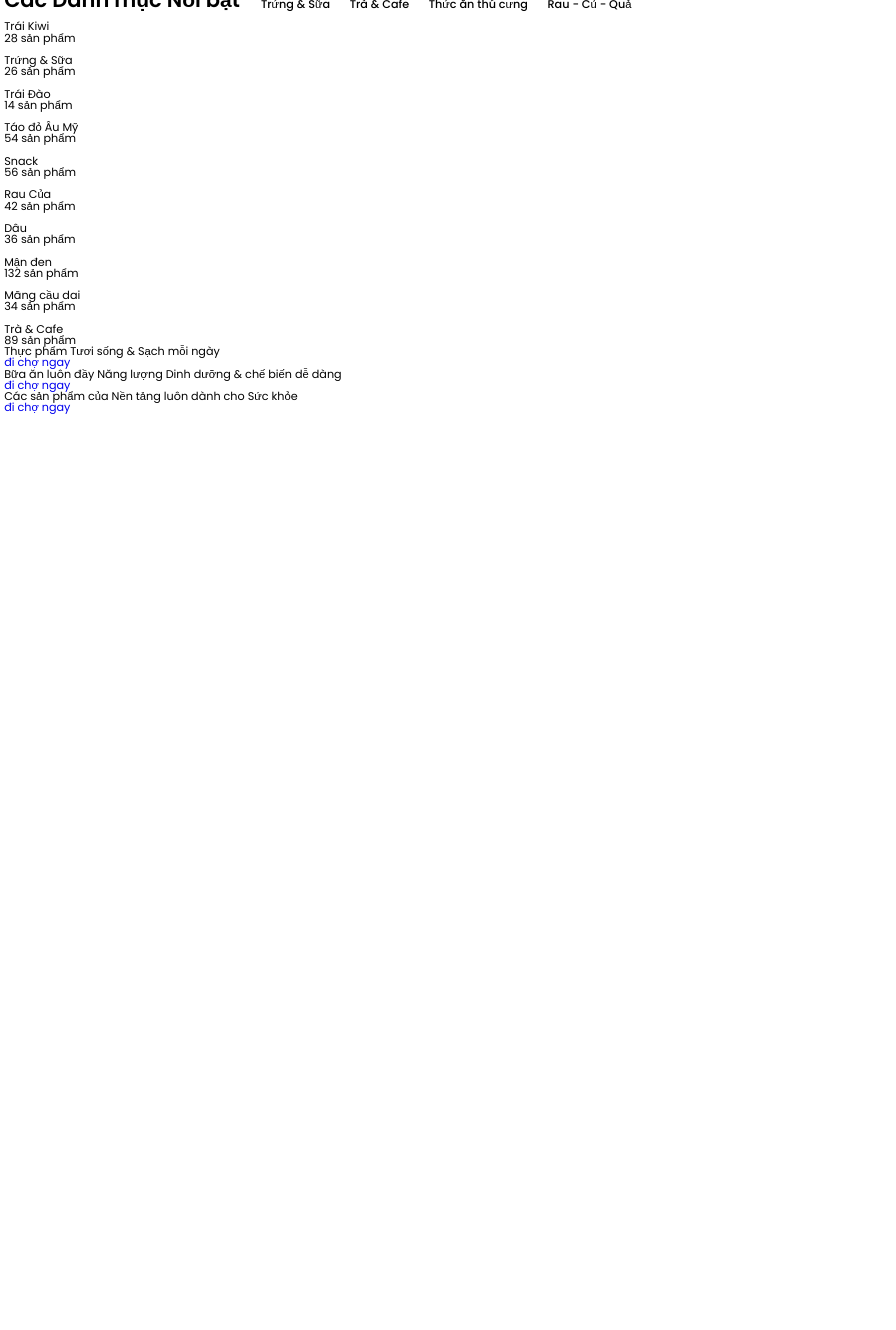
Repository: DucNghia2004/project_pro_01
Page: index.html
The author's editor kept a copy of each file at every save. The page is drawn from the files as they stood at one save, then again after the next save.
The browser window is 1280 px wide. The pictures show the part of the page from y = 779 to 2679 px (the page is 10285 px tall), at 70% of full size.
A picture or video elsewhere on the page could not be fetched, so the positions and the page height are approximate.

Above is the page before, as saved 2024-05-31 09:23:11.

After the next save:
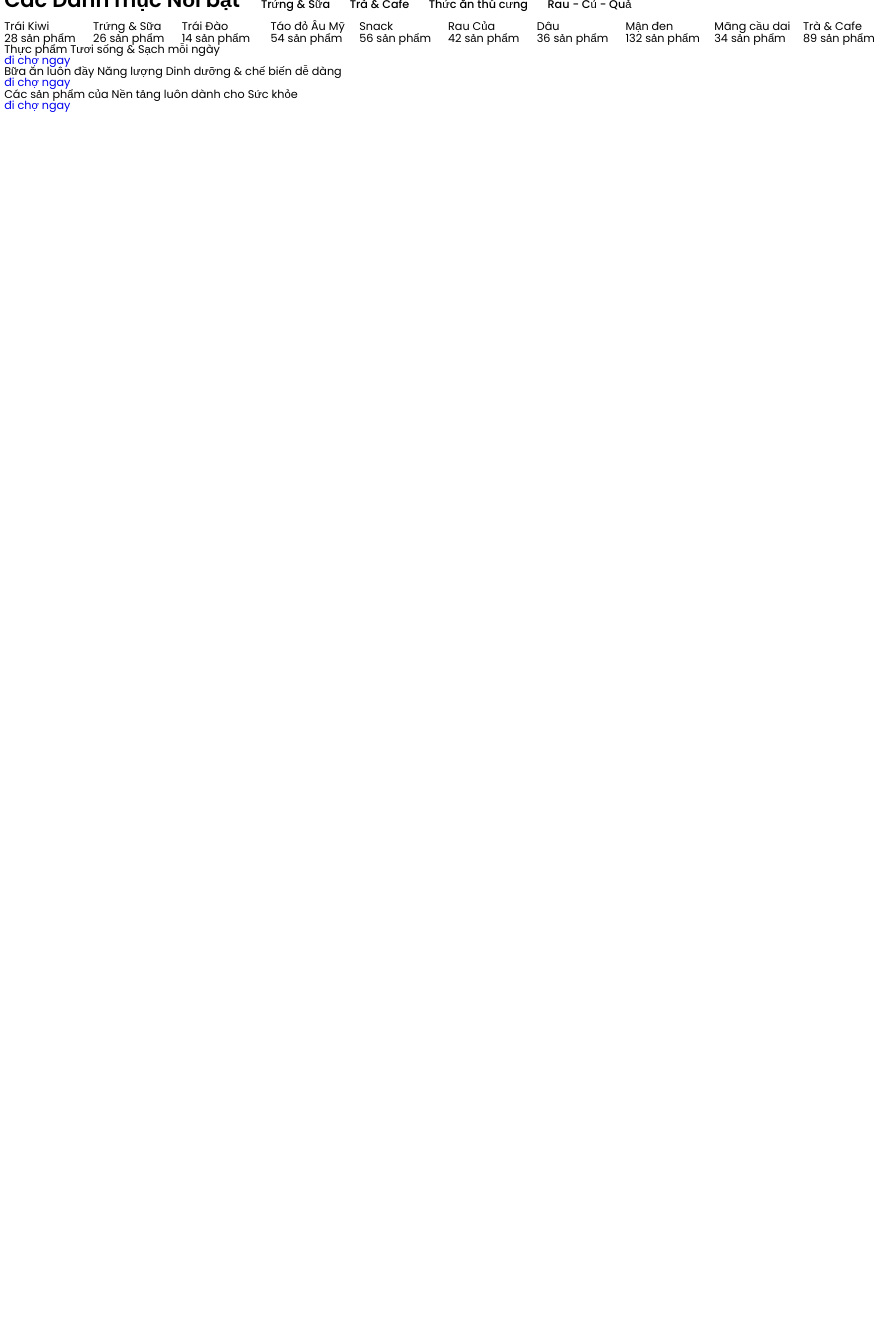
Saved 65 s later.
--- a/assets/css/styles.css
+++ b/assets/css/styles.css
@@ -494,3 +494,8 @@ a {
     text-shadow: 1px 0 0 currentColor;
     color: green;
 }
+
+.menu-product {
+    display: grid;
+    grid-template-columns: repeat(10, 1fr);
+}
